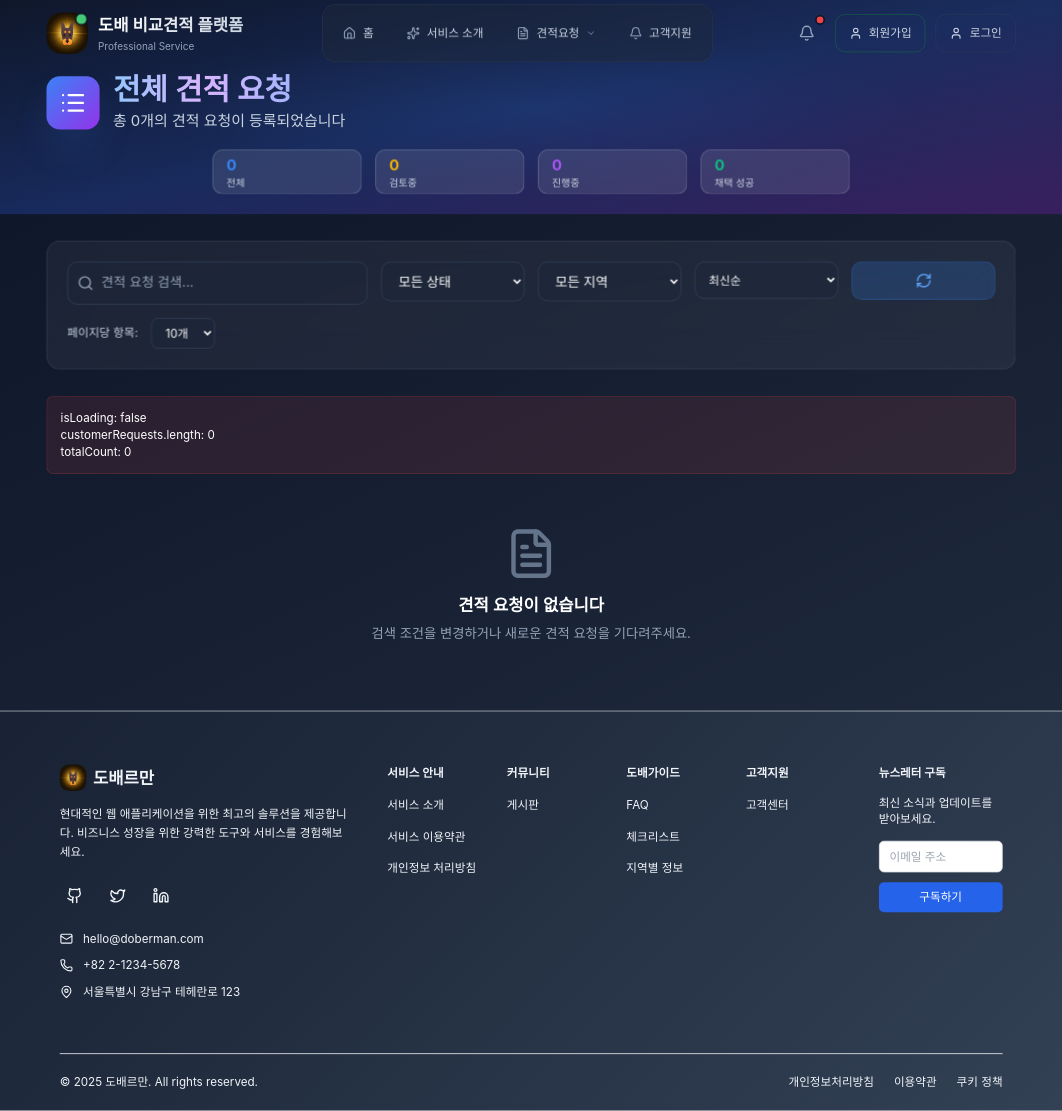
Repository: rambozzang/doberman_nextjs
Page: /quote-request/list
These files come from the project's save history. The page is drawn as it stood at one moment and after the next save; the edit follows.
The browser window is 1280 px wide. The pictures show the whole page, at 83% of full size.
The page's requests for data from a server got no answer. The project was rebuilt for these pictures with package versions that can differ from the ones it lists, and the page was loaded fresh each time. The framework's server and built-in components were replaced by stand-ins that run in the browser. No one was signed in, and anything a server would have sent is missing. Also part of the build but not shown: next.config.mjs, next.config.ts, src/components/LoginModal.tsx, src/components/RegisterModal.tsx.

Above is the page before, as saved 2025-06-24 21:36:14.

After the next save:
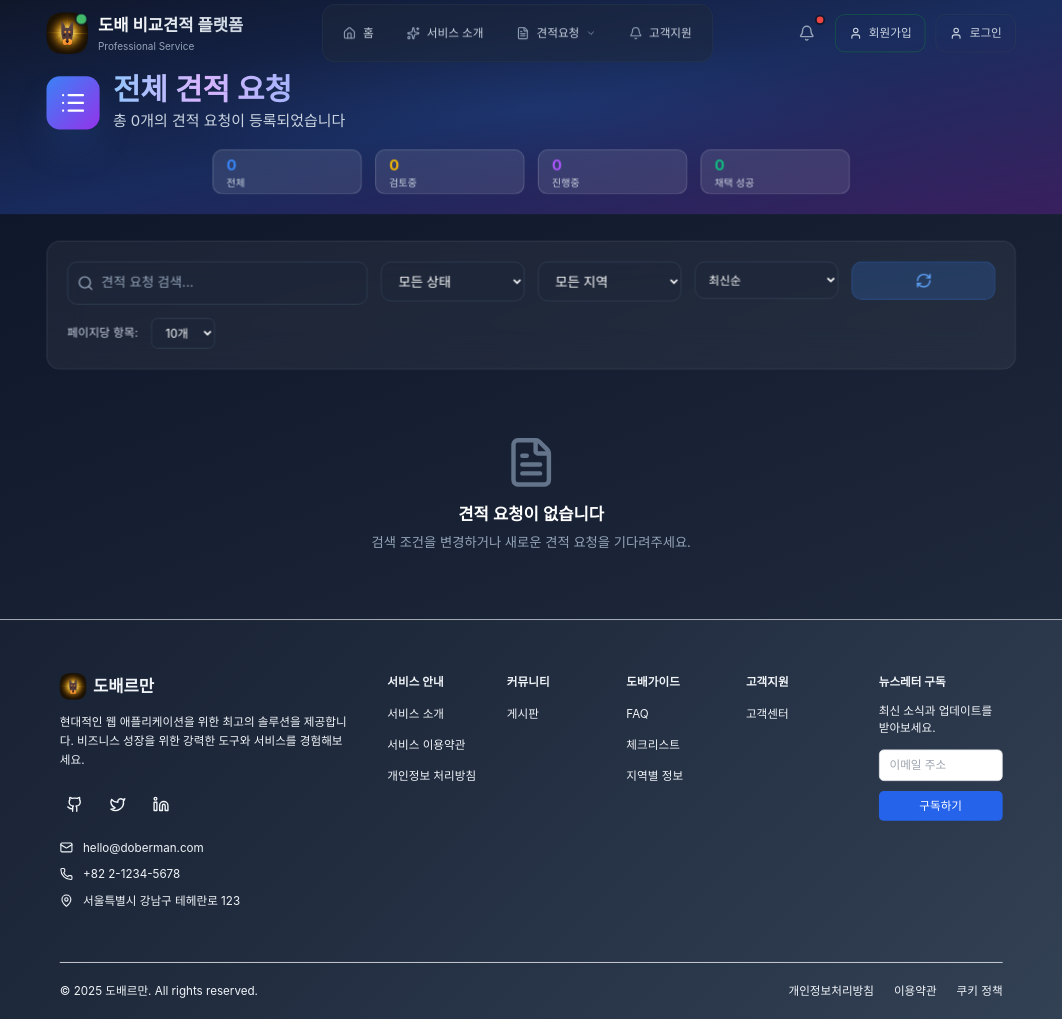
Saved 5 min 29 s later.
--- a/src/app/quote-request/list/page.tsx
+++ b/src/app/quote-request/list/page.tsx
@@ -423,12 +423,7 @@ export default function QuoteRequestListPage() {
 
           {/* 견적 요청 리스트 */}
           <section>
-            {/* 디버깅 정보 (임시) */}
-            <div className="mb-4 p-4 bg-red-500/10 border border-red-500/20 rounded-lg text-white text-sm">
-              <div>isLoading: {isLoading.toString()}</div>
-              <div>customerRequests.length: {customerRequests.length}</div>
-              <div>totalCount: {totalCount}</div>
-            </div>
+
 
             {isLoading ? (
               <div className="text-center py-12">
